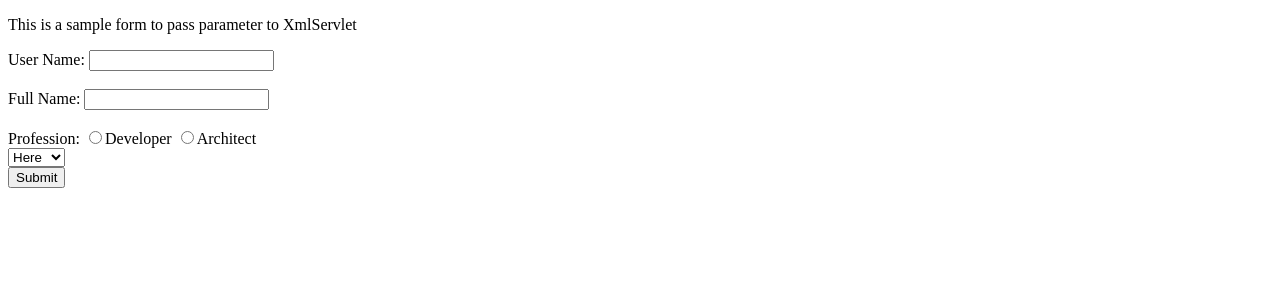
Repository: baijuachari/Servlet-JSPs
Page: SimpleServlet/WebContent/SampleForm.html
The author's editor kept a copy of each file at every save. The page is drawn from the files as they stood at one save, then again after the next save.
The browser window is 1280 px wide. The pictures show the whole page.

Above is the page before, as saved 2016-07-10 21:03:04.

After the next save:
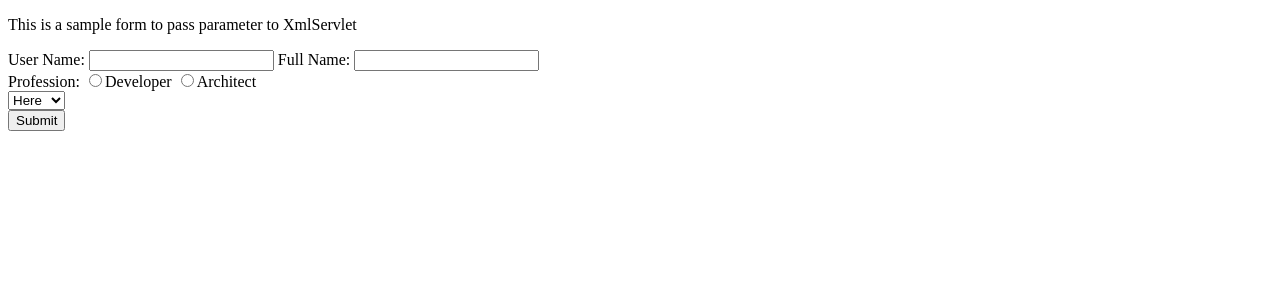
Saved 57 s later.
--- a/SimpleServlet/WebContent/SampleForm.html
+++ b/SimpleServlet/WebContent/SampleForm.html
@@ -8,9 +8,8 @@
 	<form method="post" action="xmlServletPath">
 		<p>This is a sample form to pass parameter to XmlServlet</p>
 		User Name: <input name="userName" />
-		<br><br>
 		Full Name: <input name="fullName" />
-		<br><br>
+		<br>
 		Profession:
 		<input type="radio" name="prof" value="Developer">Developer </input>
 		<input type="radio" name="prof" value="Architect">Architect </input>
